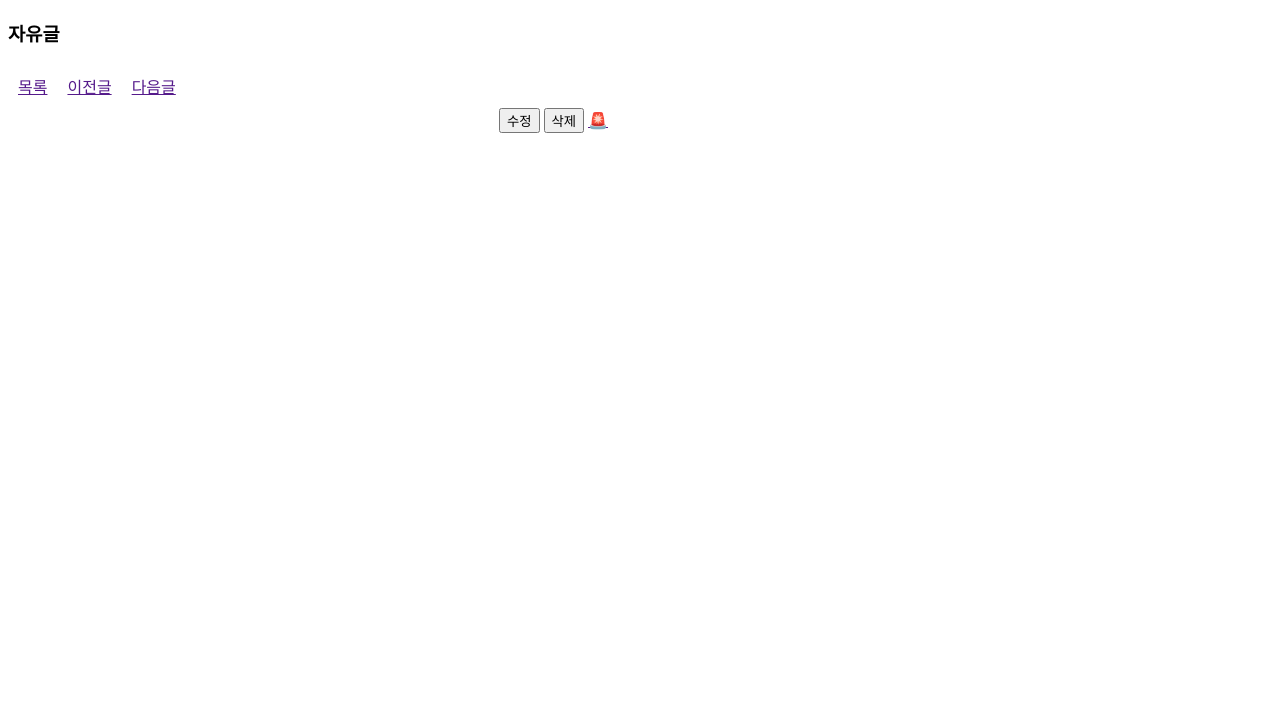
Repository: hyodii/FinalProject
Page: http://localhost/ViewPage/test2.jsp
An editor plug-in stored every save of this project. The page is shown before and after the next save, followed by the edit.
The browser window is 1280 px wide. The pictures show the whole page.
The page is served by Tomcat 9.

Above is the page before, as saved 2021-12-08 09:56:52.

After the next save:
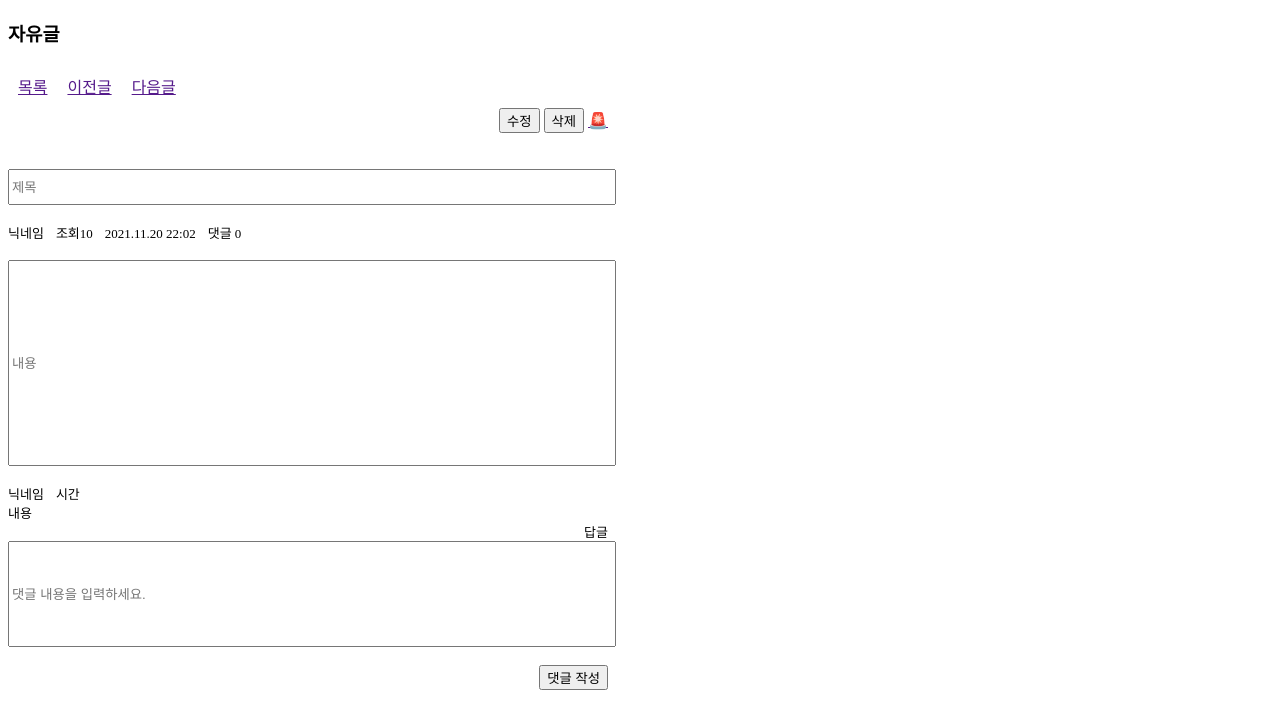
Saved 22 s later.
--- a/ViewPage/WebContent/test2.jsp
+++ b/ViewPage/WebContent/test2.jsp
@@ -33,7 +33,31 @@
 		</div><br><br>
 
 
+		<input type="text" style="width:600px; height:30px;" placeholder="제목">
+		<br><br>
+		<font size="2">닉네임</font>&nbsp;&nbsp;
+		<font size="2">조회10</font>&nbsp;&nbsp;
+		<font size="2">2021.11.20 22:02</font>&nbsp;&nbsp;
+		<font size="2">댓글 0</font>&nbsp;&nbsp;
+		<br><br>
 
+		<div style="display: inline-block;">
+		   <input type="text" style="width:600px; height:200px;" placeholder="내용">
+		</div><br><br>
+
+		<font size="2">닉네임</font>&nbsp;&nbsp;
+		<font size="2">시간</font>&nbsp;&nbsp; <br>
+		<font size="2">내용</font>
+		<div style="text-align:right;width:600px;">
+		<font size="2">답글</font></div>
+		</div>
+
+		<div style="display: inline-block;">
+		   <input type="text" style="width:600px; height:100px;" placeholder="댓글 내용을 입력하세요.">
+		</div><br><br>
+
+		<div style="width:600px; text-align:right;">
+		<button>댓글 작성</button>
 	</form>
 
 
